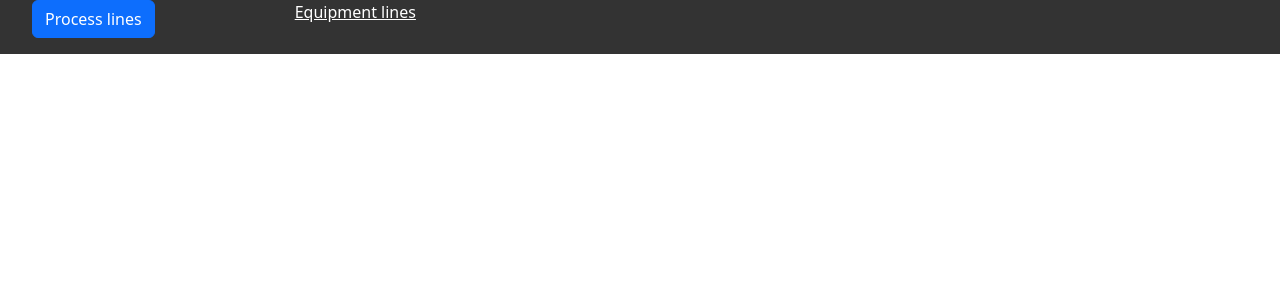
Repository: sreech465/evin3
Page: /equipment
These files come from the project's save history. The page is drawn as it stood at one moment and after the next save; the edit follows.
The browser window is 1280 px wide. The pictures show the whole page.
The page's requests for data from a server got no answer. The project was rebuilt for these pictures with package versions that can differ from the ones it lists, and the page was loaded fresh each time. No one was signed in, and anything a server would have sent is missing. Also part of the build but not shown: src/Login.js, src/Display.js, src/Details.js, src/CustomSearchBar.js, src/Process.js, src/Learning.js, src/ProcessDetails.js, src/EquipDetails.js.

Above is the page before, as saved 2022-10-29 08:10:33.

### src/index.js
import React from "react";
import ReactDOM from "react-dom/client";
import "./index.css";
import App from "./App";
import reportWebVitals from "./reportWebVitals";
import { Provider } from "react-redux";
import store from "./store";
import "bootstrap/dist/css/bootstrap.min.css";
const root = ReactDOM.createRoot(document.getElementById("root"));
root.render(
  <React.StrictMode>
    <Provider store={store}>
      <App />
    </Provider>
  </React.StrictMode>
);

// If you want to start measuring performance in your app, pass a function
// to log results (for example: reportWebVitals(console.log))
// or send to an analytics endpoint. Learn more: https://bit.ly/CRA-vitals
reportWebVitals();

### src/App.js
import React from "react";
import { Routes, Route } from "react-router-dom";
import { BrowserRouter } from "react-router-dom";
import Login from "./Login";
import Display from "./Display";
import Details from "./Details";
import Process from "./Process";
import Equipment from "./Equipment";
import Learning from "./Learning";
import ProcessDetails from "./ProcessDetails";
import EquipDetails from "./EquipDetails";

const App = () => {
  return (
    <div className="App">
      <BrowserRouter>
        <Routes>
          <Route path="/" element={<Login />} />
          <Route path="/display" element={<Display />} />
          <Route path="/details" element={<Details />} />
          <Route path="/pdetails" element={<Process />} />
          <Route path="/elearning" element={<Learning />} />
          <Route path="/equipment" element={<Equipment />} />
          <Route path="/pdetails/:id" element={<ProcessDetails />} />
          <Route path="/equipment/:id" element={<EquipDetails />} />
        </Routes>
      </BrowserRouter>
    </div>
  );
};

export default App;

### src/store.js
import { applyMiddleware, createStore } from "redux";
import thunk from "redux-thunk";

import { singleReducer } from "./combineReducer";

const store = createStore(singleReducer, applyMiddleware(thunk));

export default store;

### src/Equipment.js
import React, { useEffect } from "react";
import { useSelector, useDispatch } from "react-redux";
import { getEquipmentDetails } from "./Actions";
import Headertabs from "./Headertabs";
import { Link } from "react-router-dom";

const Equipment = () => {
  const dispatch = useDispatch();

  const access_token = useSelector(
    (state) => state.LoginReducer.auth.access_token
  );

  const EquipmentList = useSelector((state) => state.EquipmentReducer.Data102);
  console.log(EquipmentList);

  useEffect(() => {
    dispatch(getEquipmentDetails(access_token));
  }, []);

  return (
    <>
      <Headertabs />
      {/* <div>
        <Routes>
          <Route path="/equipment" element={<Equipment />} />
        </Routes>
      </div> */}

      <>
        {EquipmentList &&
          EquipmentList.data.results.length > 0 &&
          EquipmentList.data.results.map((element) => {
            return (
              <>
                <div class="card" style={{ display: "flex" }}>
                  <img
                    style={{ width: 70, height: 40 }}
                    class="card-img-top"
                    src={element.equipment_image}
                    alt="Card image cap"
                  />
                  <div class="card-body">
                    <h5 class="card-title">{element.equipment_id}</h5>
                    <p class="card-text">
                      {element.line_org_location} {element.installed_by_name}.
                    </p>
                    <Link to={`/equipment/${element.id}`}>
                      <button class="btn btn-primary">Details</button>
                    </Link>
                  </div>
                </div>
              </>
            );
          })}
      </>
      {/* ) : ( "loading" ); */}
    </>
  );
};

export default Equipment;

### src/combineReducer.js
import { combineReducers } from "redux";
import {
  equipmentReducer,
  equipmentReducer1,
  LoginReducer,
  processReducer,
  processReducer1,
  projectReducer,
} from "./Reducer";

export const singleReducer = combineReducers({
  LoginReducer: LoginReducer,
  ProjectReducer: projectReducer,
  ProcessReducer: processReducer,
  ProcessReducer1: processReducer1,
  EquipmentReducer: equipmentReducer,
  EquipmentReducer1: equipmentReducer1,
});

### src/Actions.js
import axios from "axios";

import {
  LOGIN_SUCESS,
  PROCESS_SUCESS,
  PROJECT_SUCESSC,
  EQUIPMENT_SUCESS,
  EQUIPMENT_SUCESSC,
  PROJECT_SUCESS,
} from "./types";

const apiBaseUrl = "http://52.139.224.15:81/account/";
const adminbaseurl = "http://52.139.224.15:81/";
const baseUrl = "http://52.139.224.15:81/account/login/";

export const loginAction = (username, password, navigate) => {
  console.log(username, password, "action");
  return async (dispatch) => {
    const formData = {
      username: username,
      password: password,
    };

    try {
      await axios.post(baseUrl, formData).then((response) => {
        console.log("response from api", response.data);
        if (response.status == 200) {
          dispatch({ type: LOGIN_SUCESS, payload: response.data });
          navigate("/display");
        }
      });
    } catch (err) {
      console.log(err);
    }
  };
};

export const getProjectDetails = (access_token) => {
  console.log(access_token);
  return async (dispatch) => {
    let config = {
      headers: { Authorization: `Bearer ${access_token}` },
    };

    try {
      await axios
        .get(
          "http://52.139.224.15:81/my_project_list/?search=&page=1&ordering=-id&project_status=&solution_org=",
          config
        )
        .then((response) => {
          console.log("response from api", response);
          if (response.status == 200) {
            dispatch({ type: PROCESS_SUCESS, payload: response });
          }
        });
    } catch (err) {
      console.log(err);
    }
  };
};

export const getProcesslines = (access_token) => {
  console.log(access_token);
  return async (dispatch) => {
    let config = {
      headers: { Authorization: `Bearer ${access_token}` },
    };

    try {
      await axios
        .get(
          "http://52.139.224.15:81/end_user/process_line/?primary_product=all&org_location=&query=&page=1&sort_by=-id&installed_by=",
          config
        )
        .then((response) => {
          console.log("response from api", response);
          if (response.status == 200) {
            dispatch({ type: PROJECT_SUCESS, payload: response });
          }
        });
    } catch (err) {
      console.log(err);
    }
  };
};

export const getProcesslines1 = (access_token, id) => {
  console.log(access_token);
  console.log(id);

  return async (dispatch) => {
    let config = {
      headers: { Authorization: `Bearer ${access_token}` },
    };

    try {
      await axios
        .get(
          `http://52.139.224.15:81/end_user/process_line/?line_id=${id}`,
          config
        )
        .then((response) => {
          console.log("response from api", response);
          if (response.status == 200) {
            dispatch({ type: PROJECT_SUCESSC, payload: response });
          }
        });
    } catch (err) {
      console.log(err);
    }
  };
};

export const getEquipmentDetails = (access_token) => {
  console.log(access_token);
  return async (dispatch) => {
    let config = {
      headers: { Authorization: `Bearer ${access_token}` },
    };

    try {
      await axios
        .get(
          "http://52.139.224.15:81/tagged_equipment_list/?search=&page=1&ordering=-status&process_line__org_location__name=&process_line__name=&system=&oem_org_id=&process_line__primary_product_ref__name=&equipment_select=&process_line__installed_by=",
          config
        )
        .then((response) => {
          console.log("response from api", response);
          if (response.status == 200) {
            dispatch({ type: EQUIPMENT_SUCESS, payload: response });
          }
        });
    } catch (err) {
      console.log(err);
    }
  };
};

export const getEquipmentDetails1 = (access_token, id) => {
  console.log(access_token);
  console.log(id);
  return async (dispatch) => {
    let config = {
      headers: { Authorization: `Bearer ${access_token}` },
    };

    try {
      await axios
        .get(
          `http://52.139.224.15:81/tagged_equipment_list/?installed_equipment_id=${id}`,
          config
        )
        .then((response) => {
          console.log("response from api", response);
          if (response.status == 200) {
            dispatch({ type: EQUIPMENT_SUCESSC, payload: response });
          }
        });
    } catch (err) {
      console.log(err);
    }
  };
};

### src/Headertabs.js
import React from "react";
import "./styles.css";
import { Link } from "react-router-dom";

const Headertabs = () => {
  return (
    <nav className="nav">
      <ul
        style={{
          textDecoration: "none",
          display: "flex",
          justifyContent: "space-around",
        }}
      >
        <li style={{ listStyleType: "none" }}>
          <Link to="/pdetails">
            <button className="btn btn-primary">Process lines</button>
          </Link>
        </li>
        <li style={{ listStyleType: "none", marginLeft: 140 }}>
          <Link to="/equipment">Equipment lines</Link>
        </li>
      </ul>
    </nav>
  );
};

export default Headertabs;

### src/Reducer.js
import {
  EQUIPMENT_SUCESS,
  EQUIPMENT_SUCESSC,
  LOGIN_SUCESS,
  PROCESS_SUCESS,
  PROJECT_SUCESS,
  PROJECT_SUCESSC,
} from "./types";
const initialState = {
  auth: {
    access_token: "",
    username: "",
    role_permissions: [],
  },
  Data100: "",
};

export const LoginReducer = (state = initialState, action) => {
  // console.log(action);

  switch (action.type) {
    case LOGIN_SUCESS:
      return {
        ...state,

        auth: action.payload,
      };

    default:
      return state;
  }
};

export const projectReducer = (state = initialState, action) => {
  // console.log(action);

  switch (action.type) {
    case PROCESS_SUCESS:
      return {
        ...state,

        Data100: action.payload,
      };

    default:
      return state;
  }
};

export const processReducer = (state = initialState, action) => {
  // console.log(action);

  switch (action.type) {
    case PROJECT_SUCESS:
      return {
        ...state,

        Data101: action.payload,
      };

    default:
      return state;
  }
};

export const processReducer1 = (state = initialState, action) => {
  // console.log(action);

  switch (action.type) {
    case PROJECT_SUCESSC:
      return {
        ...state,

        TOM: action.payload,
      };

    default:
      return state;
  }
};

export const equipmentReducer = (state = initialState, action) => {
  // console.log(action);

  switch (action.type) {
    case EQUIPMENT_SUCESS:
      return {
        ...state,

        Data102: action.payload,
      };

    default:
      return state;
  }
};

export const equipmentReducer1 = (state = initialState, action) => {
  // console.log(action);

  switch (action.type) {
    case EQUIPMENT_SUCESSC:
      return {
        ...state,

        JERRY: action.payload,
      };

    default:
      return state;
  }
};

### src/types.js
export const LOGIN_SUCESS = "LOGIN_SUCESS";
export const PROCESS_SUCESS = "PROCESS_SUCESS";
export const PROJECT_SUCESS = "PROJECT_SUCESS";
export const EQUIPMENT_SUCESS = "EQUIPMENT_SUCESS";
export const EQUIPMENT_SUCESSC = "EQUIPMENT_SUCESSC";
export const PROJECT_SUCESSC = "PROJECT_SUCESSC";

### src/styles.css
* {
    box-sizing: border-box;
}

body {
    margin:0;

}

.nav {
    background-color: #333;
    color:white;
    display: flex;
    justify-content: space-between;
    align-items: center;
    gap: 2rem;
    padding: 0 1rem;
}

.nav a {
    color:inherit
}

Loaded but not shown: public/index.html (common file); src/index.css (common file); src/reportWebVitals.js (common file)

After the next save:
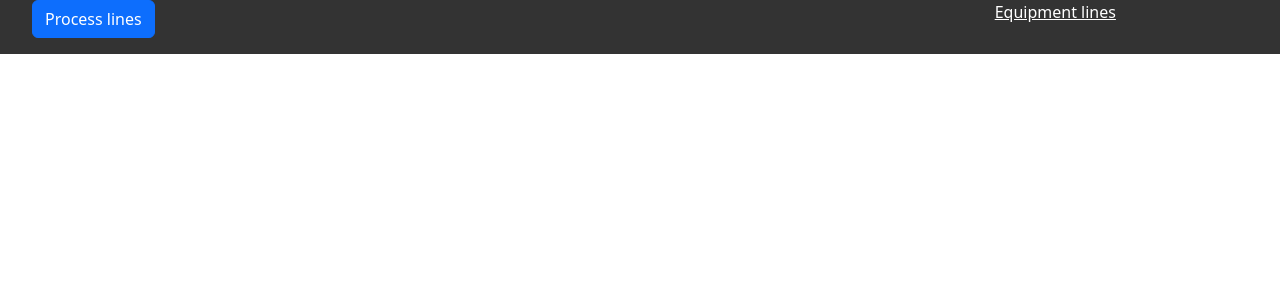
Saved 18 s later.
--- a/src/Headertabs.js
+++ b/src/Headertabs.js
@@ -17,7 +17,7 @@ const Headertabs = () => {
             <button className="btn btn-primary">Process lines</button>
           </Link>
         </li>
-        <li style={{ listStyleType: "none", marginLeft: 140 }}>
+        <li style={{ listStyleType: "none", marginLeft: 840 }}>
           <Link to="/equipment">Equipment lines</Link>
         </li>
       </ul>
